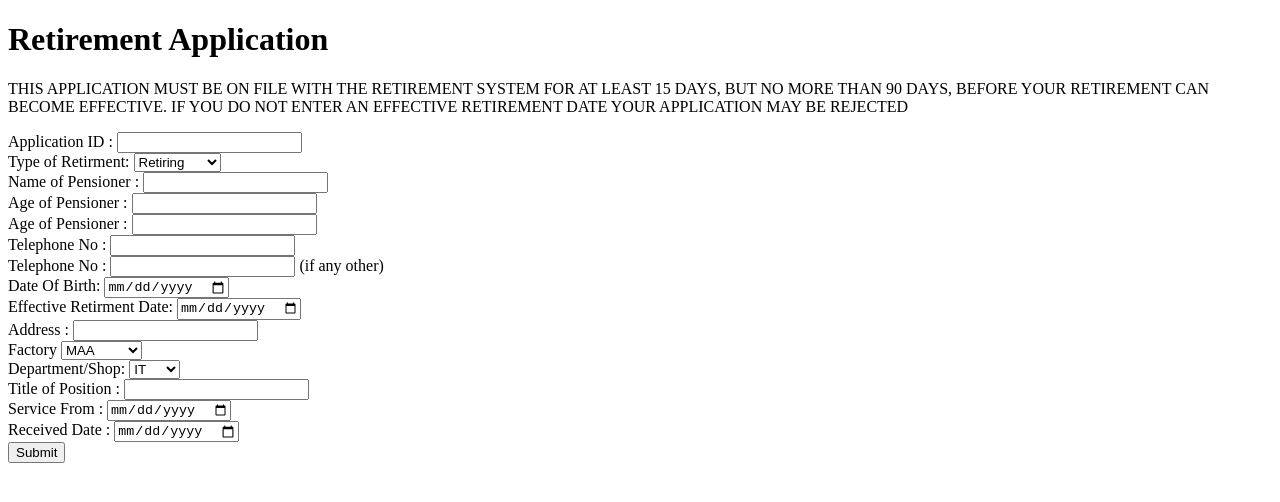
Repository: AQSA-ABDULLAH/RetirementManagmentSystem
Page: RetimentManagmentSystem/src/main/webapp/RetirementApplicationForm.html
An editor plug-in stored every save of this project. The page is shown before and after a run of saves, followed by the edit.
The browser window is 1280 px wide. The pictures show the whole page.

Above is the page before, as saved 2023-08-13 18:47:40.

### RetimentManagmentSystem/src/main/webapp/RetirementApplicationForm.html
<!DOCTYPE html>
<html>
<head>
<meta charset="ISO-8859-1">
<title>Retirment Application</title>
</head>
<body>
  <h1>Retirement Application</h1>
  <form method="post" action="myservlet">

	<p>THIS APPLICATION MUST BE ON FILE WITH THE RETIREMENT SYSTEM FOR AT LEAST 15 DAYS, BUT NO MORE THAN 90
DAYS, BEFORE YOUR RETIREMENT CAN BECOME EFFECTIVE. IF YOU DO NOT ENTER AN EFFECTIVE RETIREMENT DATE
YOUR APPLICATION MAY BE REJECTED</p>

	<label for="id">Application ID :</label>
    <input type="number" id="id" required><br>

	<label for="type">Type of Retirment:</label>
	<select id="fruits" name="fruits">
		<option value="apple">Retiring</option>
		<option value="banana">Banana</option>
        <option value="orange">Orange</option>
        <option value="grape">Grape</option>
        <option value="strawberry">Strawberry</option>
      </select><br>

    <label for="name">Name of Pensioner :</label>
    <input type="text" id="name" required><br>

    <label for="age">Age of Pensioner :</label>
    <input type="number" id="age" required><br>

        <label for="age">Age of Pensioner :</label>
    <input type="number" id="age" required><br>

    <label for="phoneno">Telephone No :</label>
    <input type="number" id="phoneno" required><br>

    <label for="phoneno">Telephone No :</label>
    <input type="number" id="phoneno" required>
    <span>(if any other)</span><br>

    <label for="DateBirth">Date Of Birth:</label>
    <input type="date" id="DateBirth" required><br>

    <label for="DateRetirment">Effective Retirment Date:</label>
    <input type="date" id="DateRetirment" required><br>

    <label for="address">Address :</label>
    <input type="text" id="address" required>
    <br>

    <label for="factory">Factory</label>
	<select id="factory" name="factory">
		<option value="maa">MAA</option>
		<option value="Co4">CO-4</option>
        <option value="brasemill">Brase Mill</option>
        <option value="textile">Textile</option>
        <option value="explosive">explosive</option>
      </select><br>

    <label for="department">Department/Shop:</label>
	<select id="department" name="department">
		<option>IT</option>
		<option>C-13</option>
        <option>C-14</option>
        <option>C-18</option>
        <option>C-19</option>
      </select><br>

    <label for="position">Title of Position :</label>
    <input type="text" id="position" required><br>

    <label for="service">Service From :</label>
    <input type="date" id="service" required><br>

    <label for="receivedDate">Received Date :</label>
    <input type="date" id="receivedDate" required><br>

    <button type="button">Submit</button>
  </form>
</body>
</html>

After the next 2 saves:
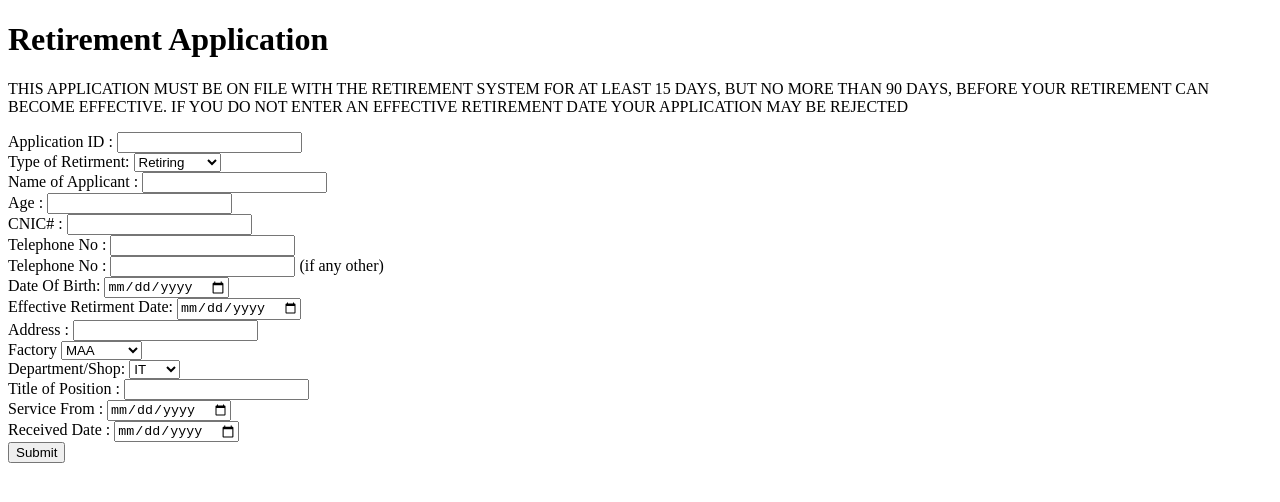
The 2 saves are shown as one change because they came seconds apart.
The last was saved 60 s later.
--- a/RetimentManagmentSystem/src/main/webapp/RetirementApplicationForm.html
+++ b/RetimentManagmentSystem/src/main/webapp/RetirementApplicationForm.html
@@ -24,14 +24,14 @@ YOUR APPLICATION MAY BE REJECTED</p>
         <option value="strawberry">Strawberry</option>
       </select><br>
 
-    <label for="name">Name of Pensioner :</label>
+    <label for="name">Name of Applicant :</label>
     <input type="text" id="name" required><br>
 
-    <label for="age">Age of Pensioner :</label>
+    <label for="age">Age :</label>
     <input type="number" id="age" required><br>
 
-        <label for="age">Age of Pensioner :</label>
-    <input type="number" id="age" required><br>
+    <label for="cnic">CNIC# :</label>
+    <input type="number" id="cnic" required><br>
 
     <label for="phoneno">Telephone No :</label>
     <input type="number" id="phoneno" required><br>
